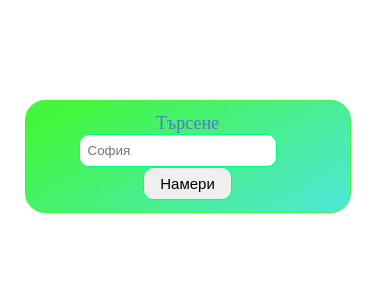
Repository: GeryZlatev/address-search
Page: /
An editor plug-in stored every save of this project. The page is shown before and after the next save, followed by the edit.
The browser window is 375 px wide. The pictures show the whole page.
The project was rebuilt for these pictures with package versions that can differ from the ones it lists, and the page was loaded fresh each time.

Above is the page before, as saved 2021-04-09 20:21:23.

After the next save:
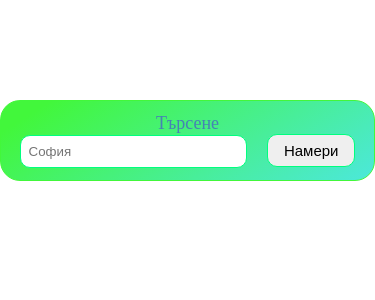
Saved 3 min 10 s later.
--- a/src/components/SearchBar/SearchBar.module.css
+++ b/src/components/SearchBar/SearchBar.module.css
@@ -44,3 +44,9 @@
     border-radius: 10px;
     cursor: pointer;
 }
+
+@media only screen and (max-width:620px) {
+    .searchbar-wrapper {
+        max-width: 100%;
+    }
+}
